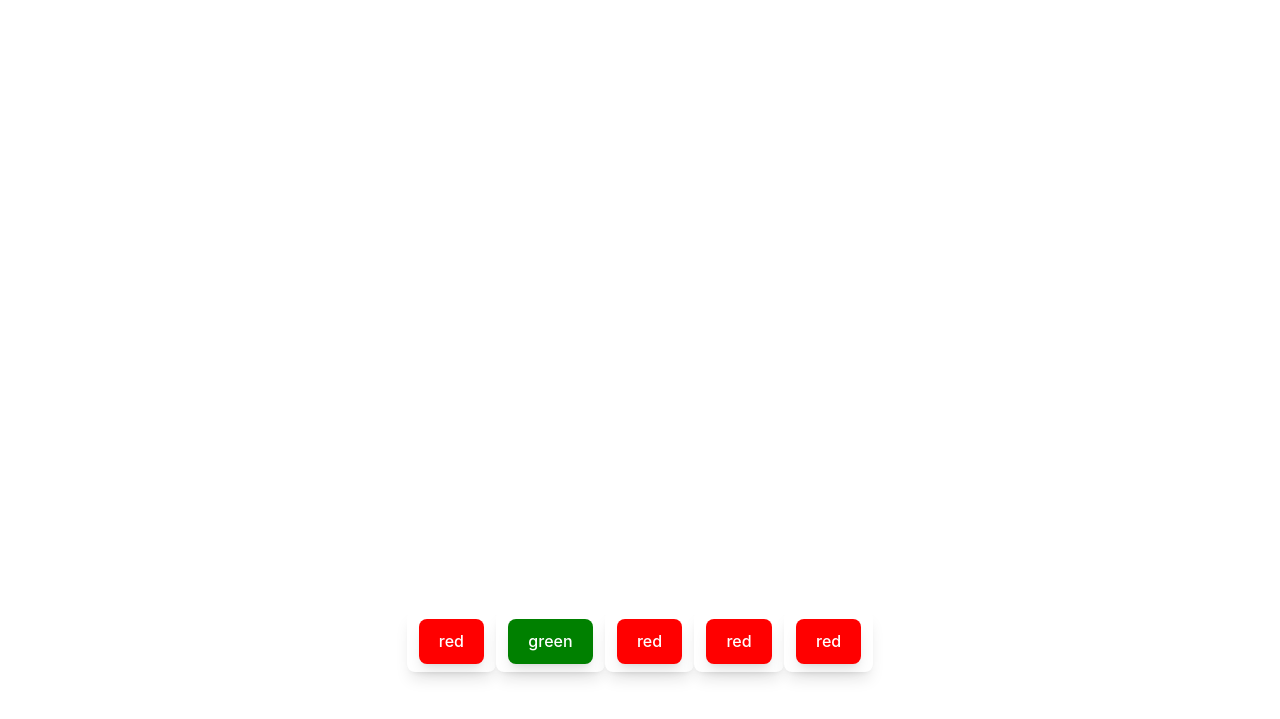
Repository: Mohitkumar1322/ReactTut
Page: / (app in BgchangerProject/)
An editor plug-in stored every save of this project. The page is shown before and after the next save, followed by the edit.
The browser window is 1280 px wide. The pictures show the whole page.
The project was rebuilt for these pictures with package versions that can differ from the ones it lists, and the page was loaded fresh each time. Also part of the build but not shown: BgchangerProject/vite.config.js.

Above is the page before, as saved 2025-07-26 20:45:12.

After the next save:
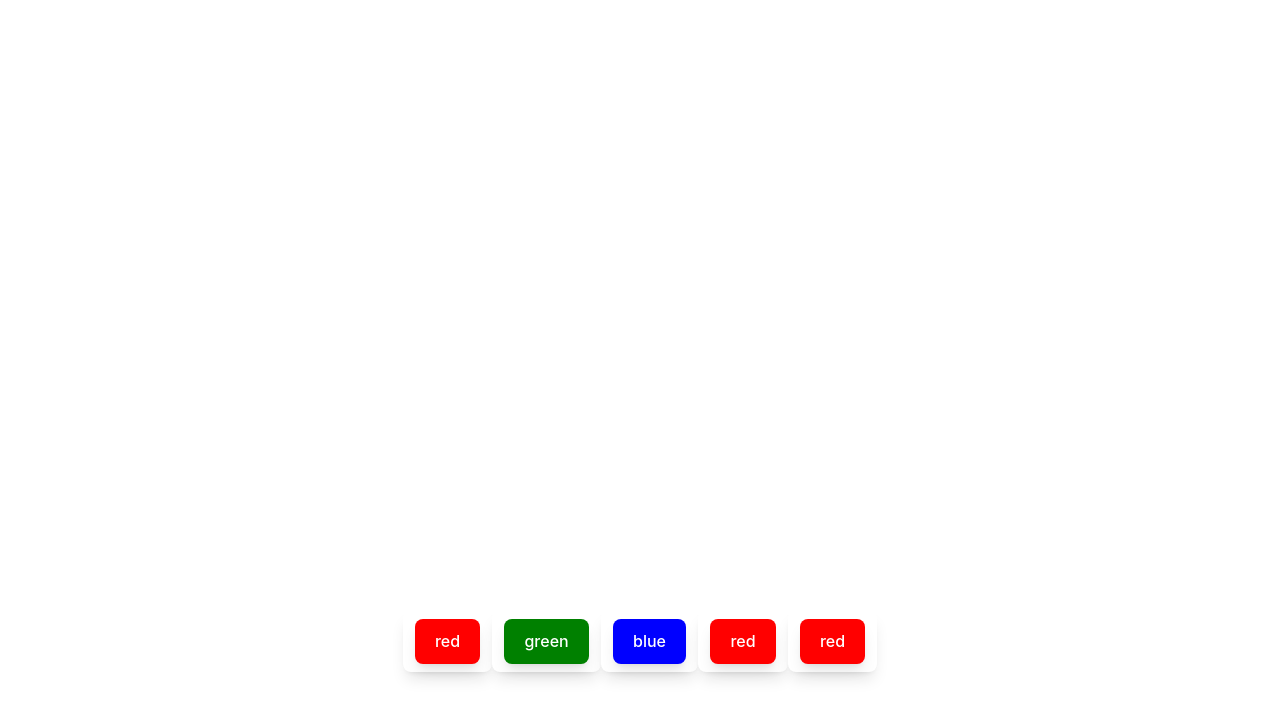
Saved 4 s later.
--- a/BgchangerProject/src/App.jsx
+++ b/BgchangerProject/src/App.jsx
@@ -23,7 +23,7 @@ function App() {
           </div>
           <div className="flex flex-wrap justify-center gap-2 shadow-lg bg-white px-3 py-2 rounded-lg"
           >
-            <button className='outline-none px-4 py-1 rounded-full text-white shadow-lg' style={{backgroundColor: "red"}}>red</button>
+            <button className='outline-none px-4 py-1 rounded-full text-white shadow-lg' style={{backgroundColor: "blue"}}>blue</button>
           </div>
           <div className="flex flex-wrap justify-center gap-2 shadow-lg bg-white px-3 py-2 rounded-lg"
           >
